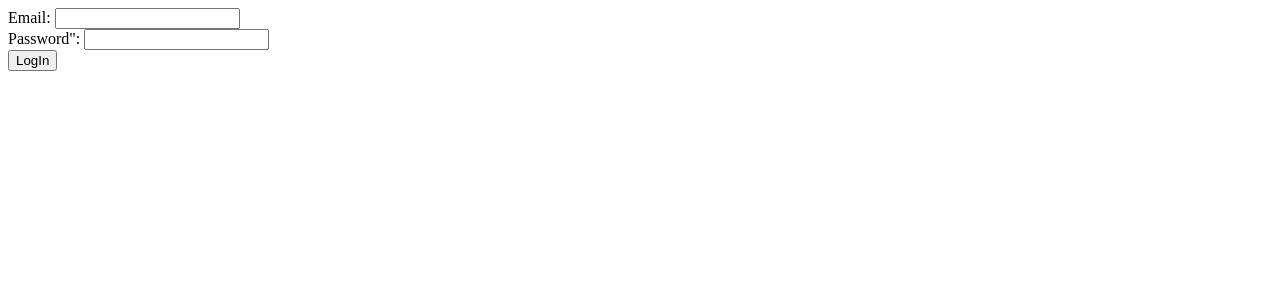
Repository: kanastasov/Java-Web-App
Page: http://localhost/3.2-MVCForm/login.jsp
An editor plug-in stored every save of this project. The page is shown before and after the next save, followed by the edit.
The browser window is 1280 px wide. The pictures show the whole page.
The page is served by Tomcat 9. Other server files are loaded and not shown.

Above is the page before, as saved 2015-01-03 18:56:43.

### 3.2-MVCForm/WebContent/login.jsp
<%@ page language="java" contentType="text/html; charset=ISO-8859-1"
    pageEncoding="ISO-8859-1"%>
<!DOCTYPE html PUBLIC "-//W3C//DTD HTML 4.01 Transitional//EN" "http://www.w3.org/TR/html4/loose.dtd">
<html>
<head>
<meta http-equiv="Content-Type" content="text/html; charset=ISO-8859-1">
<title>Insert title here</title>
</head>
<body>

<form action = "3.2-MVCForm/Controller" method = "post">

<input type = "hidden" name = "action" value = "dologin"/>
Email: <input type = "text" name = "email" value = "" /> <br/>
Password": <input type = "text" name = "password" value = "" /> <br/>
<input type = "submit" value = "LogIn" />


</form>

</body>
</html>

After the next save:
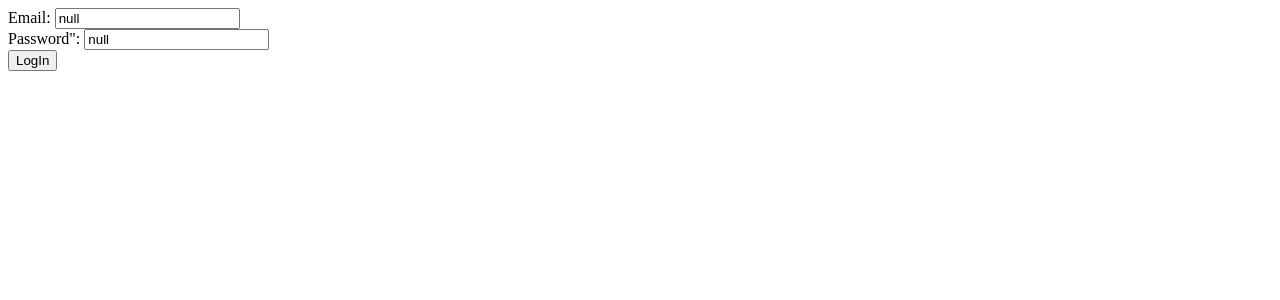
Saved 58 s later.
--- a/3.2-MVCForm/WebContent/login.jsp
+++ b/3.2-MVCForm/WebContent/login.jsp
@@ -11,8 +11,8 @@
 <form action = "3.2-MVCForm/Controller" method = "post">
 
 <input type = "hidden" name = "action" value = "dologin"/>
-Email: <input type = "text" name = "email" value = "" /> <br/>
-Password": <input type = "text" name = "password" value = "" /> <br/>
+Email: <input type = "text" name = "email" value = "<%= request.getAttribute("email") %>" /> <br/>
+Password": <input type = "text" name = "password" value = "<%= request.getAttribute("password") %>" /> <br/>
 <input type = "submit" value = "LogIn" />
 
 
